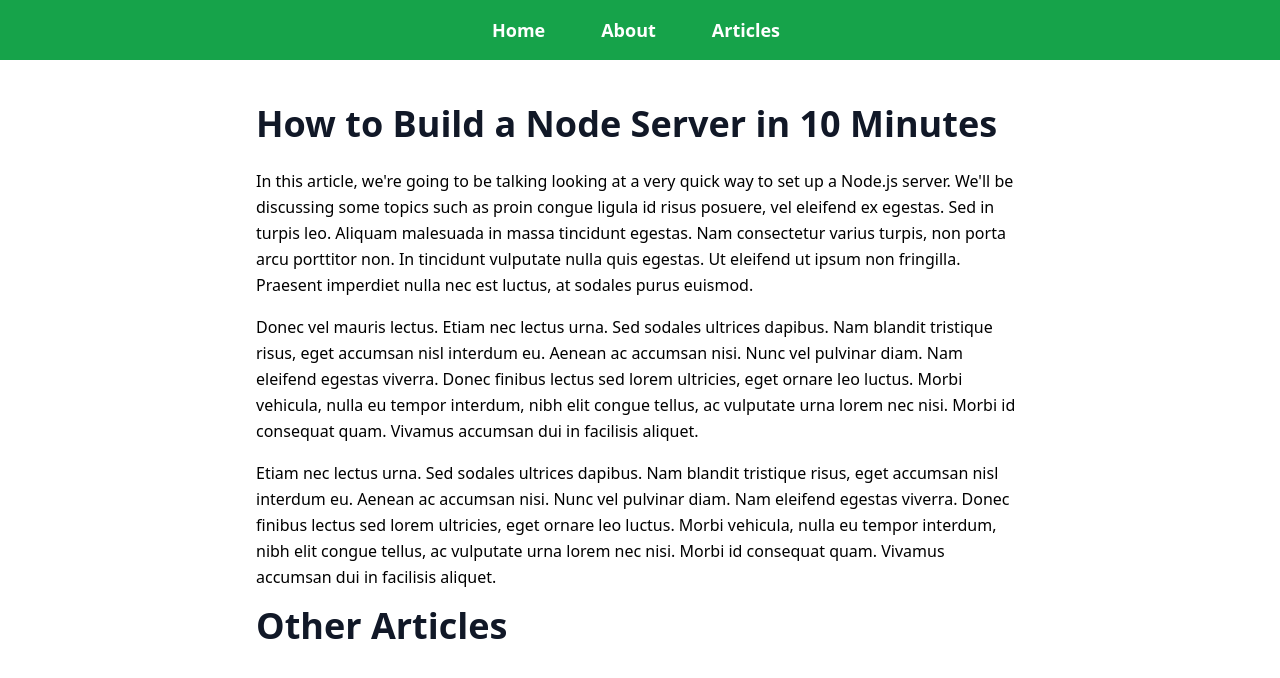
Repository: ymw0331/blog-mern-webapp
Page: /article/learn-node (app in client/)
An editor plug-in stored every save of this project. The page is shown before and after a run of saves, followed by the edit.
The browser window is 1280 px wide. The pictures show the whole page.
The project was rebuilt for these pictures with package versions that can differ from the ones it lists, and the page was loaded fresh each time. Also part of the build but not shown: client/src/pages/Home.js, client/src/pages/About.js, client/src/components/Articles.js, client/src/pages/ArticlesList.js.

Above is the page before, as saved 2022-12-10 21:46:17.

### client/src/App.js
import { BrowserRouter as Router, Route, Routes } from 'react-router-dom';
// Pages
import Home from './pages/Home';
import About from './pages/About';
import Article from './pages/Article';
import ArticlesList from './pages/ArticlesList';
import Navbar from './components/Navbar';

function App() {
  return (
    <Router>
      <Navbar />
      <div className='max-w-screen-md mx-auto pt-20'>
        <Routes>
          <Route path='/' element={<Home />} />
          <Route path='/about' element={<About />} />
          <Route path='/articles-list' element={<ArticlesList />} />
          <Route path='/article/:name' element={<Article />} />
        </Routes>
      </div>
    </Router>
  );
}

export default App;

### client/src/pages/Article.js
import React from 'react';
import { useParams } from 'react-router-dom';
import articleContent from './article-content';

const Article = () => {
  const { name } = useParams(); //name refered to App.js article route /:name
  const article = articleContent.find((article) => article.name === name);
  if (!article) return <h1>Article does not exist!</h1>;

  return (
    <>
      <h1 className='sm:text-4xl text-2xl font-bold my-6 text-gray-900'>
        {article.title}
      </h1>

      {article.content.map((paragraph, index) => (
        <p className='mx-auto leading-relaxed text-base mb-4' key={index}>
          {paragraph}
        </p>
      ))}

      <h1 className='sm:text-4xl text-2xl font-bold my-4 text-gray-900'>
        Other Articles
      </h1>


    </>
  );
};

export default Article;

### client/src/components/Navbar.js
import React from 'react';
import { Link } from 'react-router-dom';

const Navbar = () => {
  return (
    <nav className='border-b4 border-green-700 text-center fixed top-0 bg-green-600 font-bold w-full text-lg text-white'>
      <ul>
        <li className='inline-block py-4'>
          <Link to='/' className='pl-6 pr-8'>
            Home
          </Link>
        </li>
        <li className='inline-block py-4'>
          <Link to='/about' className='pl-6 pr-8'>
            About
          </Link>
        </li>
        <li className='inline-block py-4'>
          <Link to='/articles-list' className='pl-6 pr-8'>
            Articles
          </Link>
        </li>
      </ul>
    </nav>
  );
};

export default Navbar;

### client/src/pages/article-content.js
const articles = [
  {
    name: 'learn-react',
    title: 'The Fastest Way to Learn React',
    thumbnail: '/images/blog1.jpeg',
    content: [
      `Welcome! Today we're going to be talking about the fastest way to learn React. Lorem proin congue ligula id risus posuere, vel eleifend ex egestas. Sed in turpis leo. Aliquam malesuada in massa tincidunt egestas. Nam consectetur varius turpis, non porta arcu porttitor non. In tincidunt vulputate nulla quis egestas. Ut eleifend ut ipsum non fringilla. Praesent imperdiet nulla nec est luctus, at sodales purus euismod.`,
      `Donec vel mauris lectus. Etiam nec lectus urna. Sed sodales ultrices dapibus. Nam blandit tristique risus, eget accumsan nisl interdum eu. Aenean ac accumsan nisi. Nunc vel pulvinar diam. Nam eleifend egestas viverra. Donec finibus lectus sed lorem ultricies, eget ornare leo luctus. Morbi vehicula, nulla eu tempor interdum, nibh elit congue tellus, ac vulputate urna lorem nec nisi. Morbi id consequat quam. Vivamus accumsan dui in facilisis aliquet.`,
      `Etiam nec lectus urna. Sed sodales ultrices dapibus. Nam blandit tristique risus, eget accumsan nisl interdum eu. Aenean ac accumsan nisi. Nunc vel pulvinar diam. Nam eleifend egestas viverra. Donec finibus lectus sed lorem ultricies, eget ornare leo luctus. Morbi vehicula, nulla eu tempor interdum, nibh elit congue tellus, ac vulputate urna lorem nec nisi. Morbi id consequat quam. Vivamus accumsan dui in facilisis aliquet.`,
    ],
  },
  {
    name: 'learn-node',
    title: 'How to Build a Node Server in 10 Minutes',
    thumbnail: '/images/blog2.jpeg',
    content: [
      `In this article, we're going to be talking looking at a very quick way to set up a Node.js server. We'll be discussing some topics such as proin congue ligula id risus posuere, vel eleifend ex egestas. Sed in turpis leo. Aliquam malesuada in massa tincidunt egestas. Nam consectetur varius turpis, non porta arcu porttitor non. In tincidunt vulputate nulla quis egestas. Ut eleifend ut ipsum non fringilla. Praesent imperdiet nulla nec est luctus, at sodales purus euismod.`,
      `Donec vel mauris lectus. Etiam nec lectus urna. Sed sodales ultrices dapibus. Nam blandit tristique risus, eget accumsan nisl interdum eu. Aenean ac accumsan nisi. Nunc vel pulvinar diam. Nam eleifend egestas viverra. Donec finibus lectus sed lorem ultricies, eget ornare leo luctus. Morbi vehicula, nulla eu tempor interdum, nibh elit congue tellus, ac vulputate urna lorem nec nisi. Morbi id consequat quam. Vivamus accumsan dui in facilisis aliquet.`,
      `Etiam nec lectus urna. Sed sodales ultrices dapibus. Nam blandit tristique risus, eget accumsan nisl interdum eu. Aenean ac accumsan nisi. Nunc vel pulvinar diam. Nam eleifend egestas viverra. Donec finibus lectus sed lorem ultricies, eget ornare leo luctus. Morbi vehicula, nulla eu tempor interdum, nibh elit congue tellus, ac vulputate urna lorem nec nisi. Morbi id consequat quam. Vivamus accumsan dui in facilisis aliquet.`,
    ],
  },
  {
    name: 'my-thoughts-on-learning-react',
    title: 'My Thoughts on Learning ReactJS',
    thumbnail: '/images/blog3.jpeg',
    content: [
      `Today is the day I talk about something which scares most people: Learning ReactJS. In reality, I'm not sure why people have such a hard time with Learning ReactJS ligula id risus posuere, vel eleifend ex egestas. Sed in turpis leo. Aliquam malesuada in massa tincidunt egestas. Nam consectetur varius turpis, non porta arcu porttitor non. In tincidunt vulputate nulla quis egestas. Ut eleifend ut ipsum non fringilla. Praesent imperdiet nulla nec est luctus, at sodales purus euismod.`,
      `Donec vel mauris lectus. Etiam nec lectus urna. Sed sodales ultrices dapibus. Nam blandit tristique risus, eget accumsan nisl interdum eu. Aenean ac accumsan nisi. Nunc vel pulvinar diam. Nam eleifend egestas viverra. Donec finibus lectus sed lorem ultricies, eget ornare leo luctus. Morbi vehicula, nulla eu tempor interdum, nibh elit congue tellus, ac vulputate urna lorem nec nisi. Morbi id consequat quam. Vivamus accumsan dui in facilisis aliquet.`,
      `Etiam nec lectus urna. Sed sodales ultrices dapibus. Nam blandit tristique risus, eget accumsan nisl interdum eu. Aenean ac accumsan nisi. Nunc vel pulvinar diam. Nam eleifend egestas viverra. Donec finibus lectus sed lorem ultricies, eget ornare leo luctus. Morbi vehicula, nulla eu tempor interdum, nibh elit congue tellus, ac vulputate urna lorem nec nisi. Morbi id consequat quam. Vivamus accumsan dui in facilisis aliquet.`,
    ],
  },
];
export default articles;

Loaded but not shown: client/public/index.html (common file); client/src/index.js (common file); client/src/index.css (common file); client/src/reportWebVitals.js (common file); client/tailwind.config.js (common file)

After the next 2 saves:
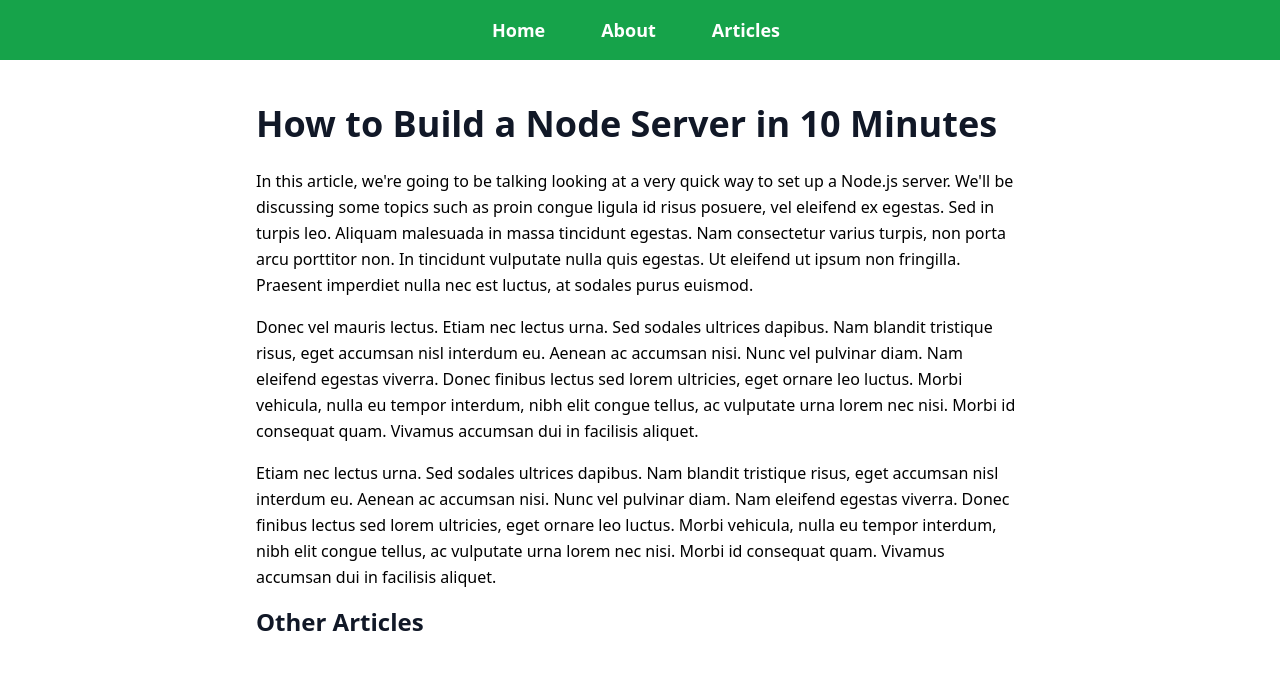
The 2 saves are shown as one change because they came seconds apart.
The last was saved 15 s later.
--- a/client/src/pages/Article.js
+++ b/client/src/pages/Article.js
@@ -19,7 +19,7 @@ const Article = () => {
         </p>
       ))}
 
-      <h1 className='sm:text-4xl text-2xl font-bold my-4 text-gray-900'>
+      <h1 className='sm:text-2xl text-xl font-bold my-4 text-gray-900'>
         Other Articles
       </h1>
 
